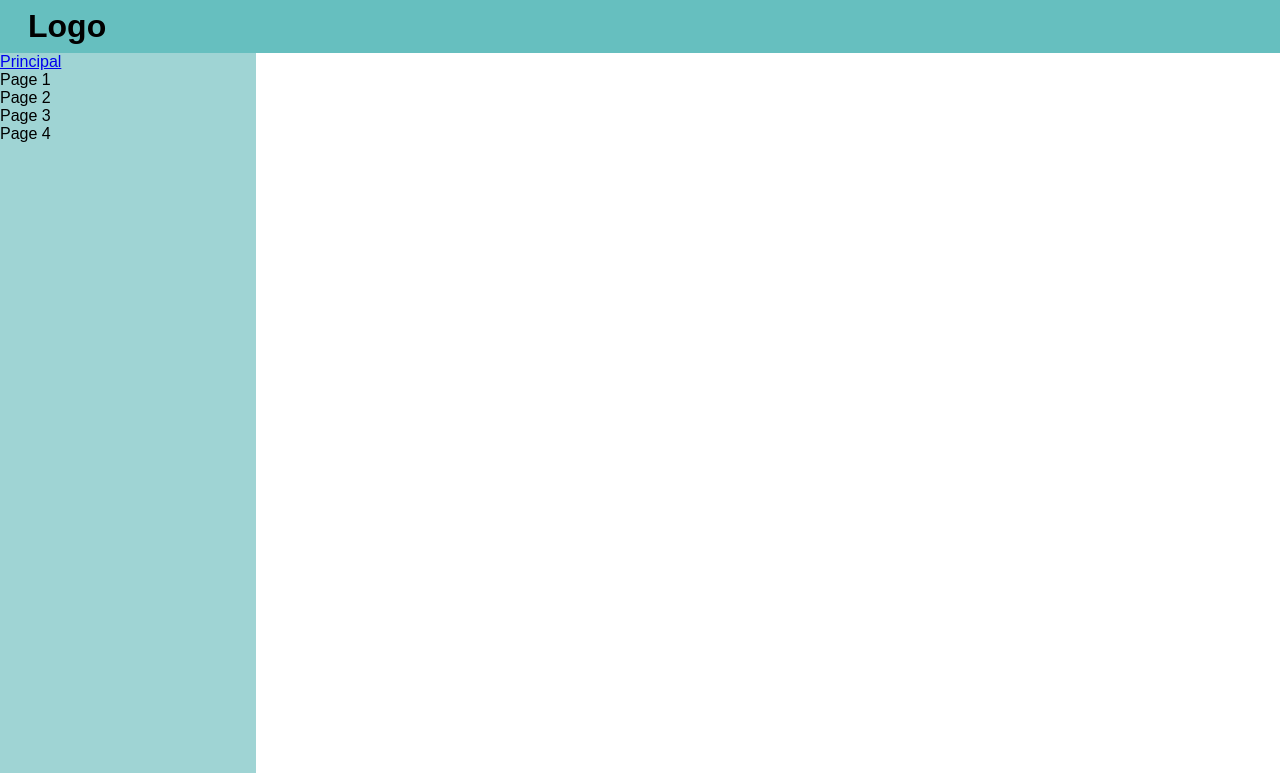
Repository: mateus-henrique-silva/Dashboard-pixel-facebook-react
Page: / (app in dashboard-pixel/)
An editor plug-in stored every save of this project. The page is shown before and after a run of saves, followed by the edit.
The browser window is 1280 px wide. The pictures show the whole page.
The project was rebuilt for these pictures with package versions that can differ from the ones it lists, and the page was loaded fresh each time.

Above is the page before, as saved 2022-07-07 17:36:22.

### dashboard-pixel/src/index.js
import React from "react";
import ReactDOM from "react-dom/client";

import App from "./App";
import reportWebVitals from "./reportWebVitals";

const root = ReactDOM.createRoot(document.getElementById("root"));
root.render(
  <React.StrictMode>
    <App />
  </React.StrictMode>
);

reportWebVitals();

### dashboard-pixel/src/App.jsx
import React from "react";
import Main from "./Components/MainPage/Main";



function App() {
  return (
    <div >
        <Main/>


    </div>
  );
}

export default App;

### dashboard-pixel/src/Components/MainPage/Main.jsx
import React from 'react'
import './Main.css'
import Header from '../Header/Header'
import SideBar from "../SideBar/SideBar"

const Main = () => {
  return (
    <div className="Main">
        <Header/>
        <SideBar/>
    </div>
  )
}

export default Main

### dashboard-pixel/src/Components/MainPage/Main.css
* {
  border: 0;
  margin: 0;
  font-family: sans-serif;
}

.Main {
  width: 100%;
  height: 100vh;
}
.startHeader{
    width: 100%;
    display: flex;
    justify-content: center;
}

### dashboard-pixel/src/Components/Header/Header.jsx
import React from 'react'
import "./Header.css"

const Header = () => {
  return (
    <div className="startHeader">

        <div className="Header">
            <h1>Logo</h1>
        </div>

    </div>
  )
}

export default Header

### dashboard-pixel/src/Components/SideBar/SideBar.jsx
import React from "react";
import "./SideBar.css";

const SideBar = () => {
  return (
    <div>
      <div className="div-sidebar">
        <div className="Menu-tag">
          <div><a href="#">Principal</a></div>

          <div>Page 1</div>
          <div>Page 2</div>
          <div>Page 3</div>
          <div>Page 4</div>
        </div>
      </div>
    </div>
  );
};

export default SideBar;

### dashboard-pixel/src/Components/Header/Header.css
.Header{
    width: 99vw;
    padding: 0.5em 0.5em ;
    background-color:#66BFBF;
    display:flex;
    align-items:center;



}

.Header h1{
    margin-left: 20px;
}

### dashboard-pixel/src/Components/SideBar/SideBar.css
.div-sidebar{
    height:100vh;
    width:20vw;
    background-color:#9fd4d4;
    display:grid;



}

.Menu-tag{
    height:100%;



}

Loaded but not shown: dashboard-pixel/public/index.html (common file); dashboard-pixel/src/reportWebVitals.js (common file)

After the next 3 saves:
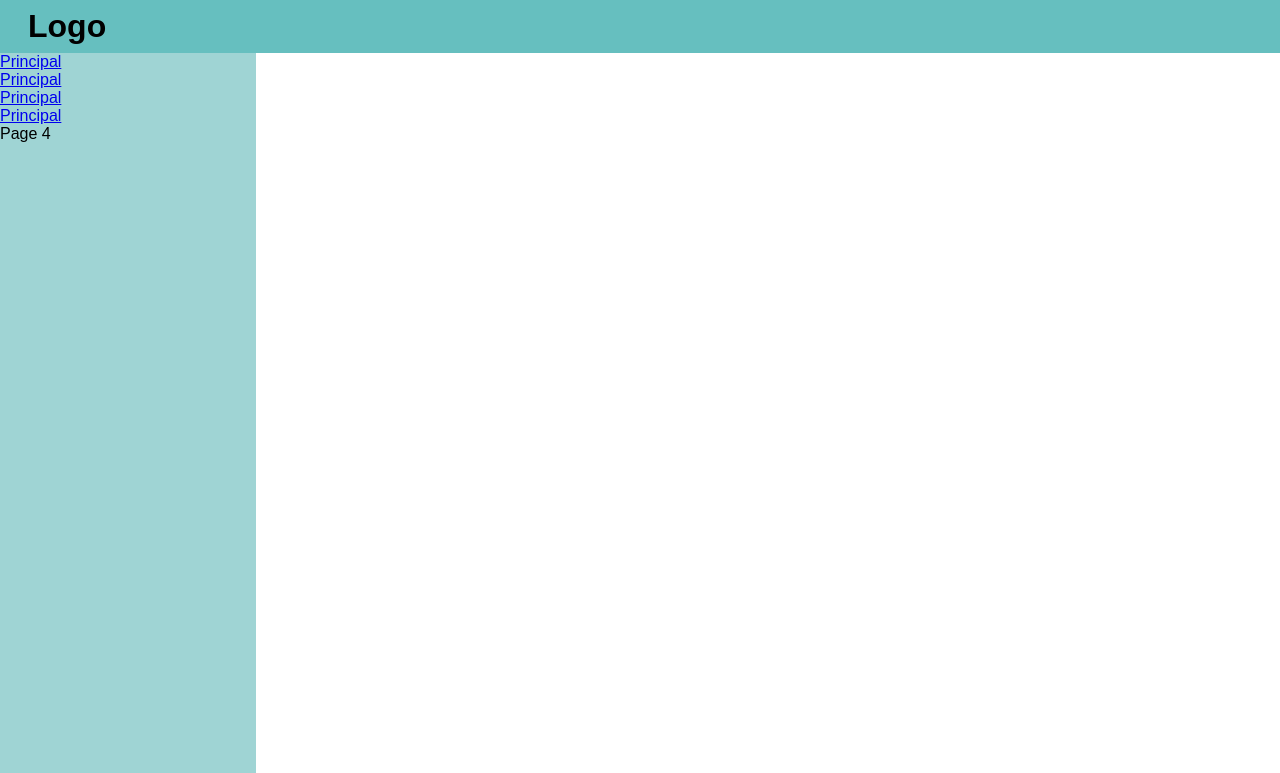
The 3 saves are shown as one change because they came seconds apart.
The last was saved 12 s later.
--- a/dashboard-pixel/src/Components/SideBar/SideBar.jsx
+++ b/dashboard-pixel/src/Components/SideBar/SideBar.jsx
@@ -8,9 +8,9 @@ const SideBar = () => {
         <div className="Menu-tag">
           <div><a href="#">Principal</a></div>
 
-          <div>Page 1</div>
-          <div>Page 2</div>
-          <div>Page 3</div>
+          <div><a href="#">Principal</a></div>
+          <div><a href="#">Principal</a></div>
+          <div><a href="#">Principal</a></div>
           <div>Page 4</div>
         </div>
       </div>
